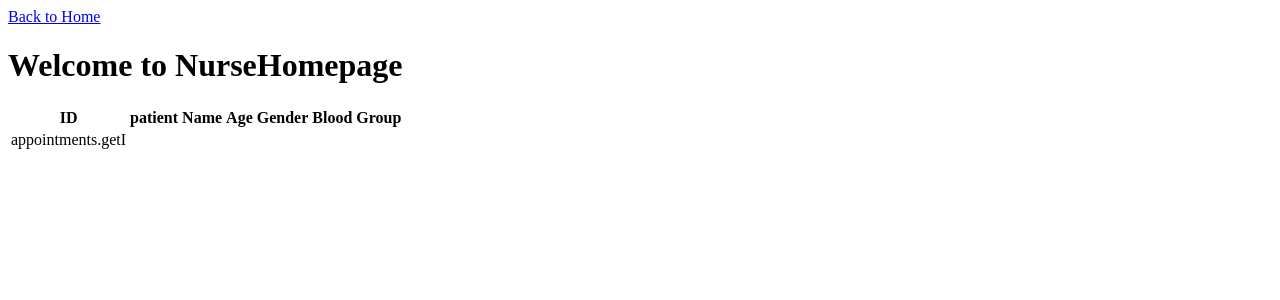
Repository: Rajasekaran0415/LifeCare-Management-System
Page: Project/nurseHompage.html
An editor plug-in stored every save of this project. The page is shown before and after a run of saves, followed by the edit.
The browser window is 1280 px wide. The pictures show the whole page.

Above is the page before, as saved 2026-01-28 21:54:23.

### Project/nurseHompage.html
<!DOCTYPE html>
<html lang="en">
<head>
    <meta charset="UTF-8">
    <meta name="viewport" content="width=device-width, initial-scale=1.0">
    <title>Nurse Homepage</title>
</head>
<body>
    <div class="container py-5">
           <div class="text-start mb-4 animate__animated animate__fadeIn">
            <a href="index.html" class="text-white text-decoration-none small opacity-75">
                <i class="bi bi-house-door me-2"></i>Back to Home
            </a>
            <h1>Welcome to NurseHomepage</h1>
            <table class="border-2px">
                <tr>
                <th>ID</th>
                <th>patient Name</th>
                <th>Age</th>
                <th>Gender</th>
                <th>Blood Group</th>
                </tr>


                <tr>
                    <td>appointments.getI</td>
                </tr>

            </table>

        </div>
    </div>
</body>
</html>

After the next 3 saves:
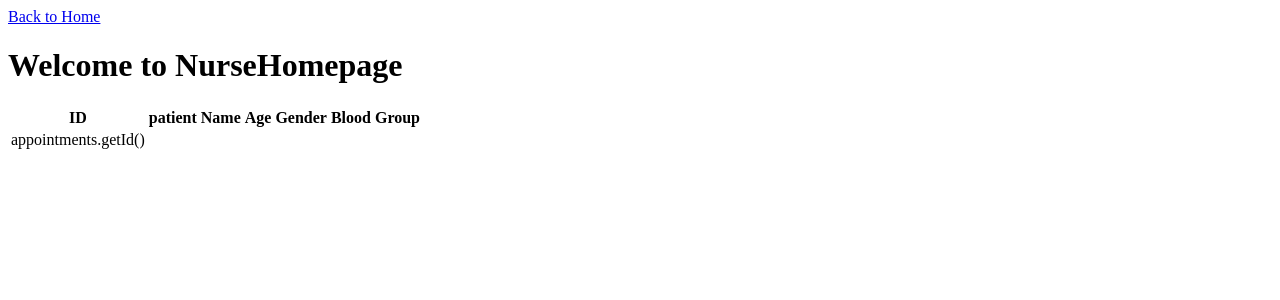
The 3 saves are shown as one change because they came seconds apart.
The last was saved 6 s later.
--- a/Project/nurseHompage.html
+++ b/Project/nurseHompage.html
@@ -23,7 +23,7 @@
 
 
                 <tr>
-                    <td>appointments.getI</td>
+                    <td>appointments.getId()</td>
                 </tr>
 
             </table>
